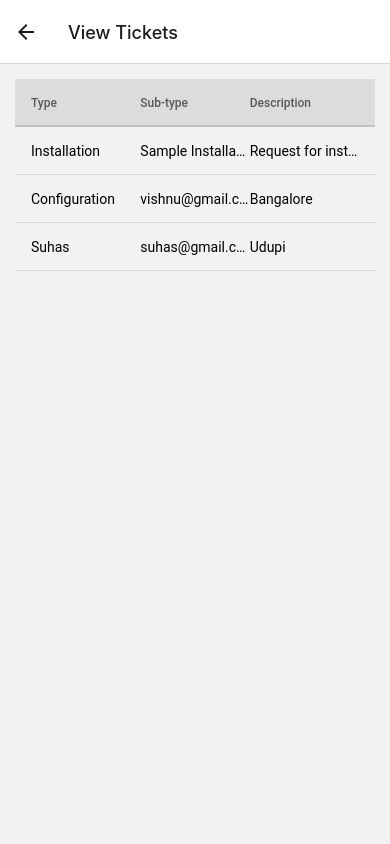
Repository: VishnuJG/Metro-Employee-App
Screen: /View Tickets
An editor plug-in stored every save of this project. The screen is shown before and after the next save, followed by the edit.
The app was drawn by React Native's web renderer in a window 390 px wide. The project was rebuilt for these pictures with package versions that can differ from the ones it lists, and the page was loaded fresh each time. Some packages were replaced by stand-ins written for this rebuild. Also part of the build but not shown: components/Task.js, components/EmployeeForm.js.

Above is the screen before, as saved 2022-06-30 16:03:11.

After the next save:
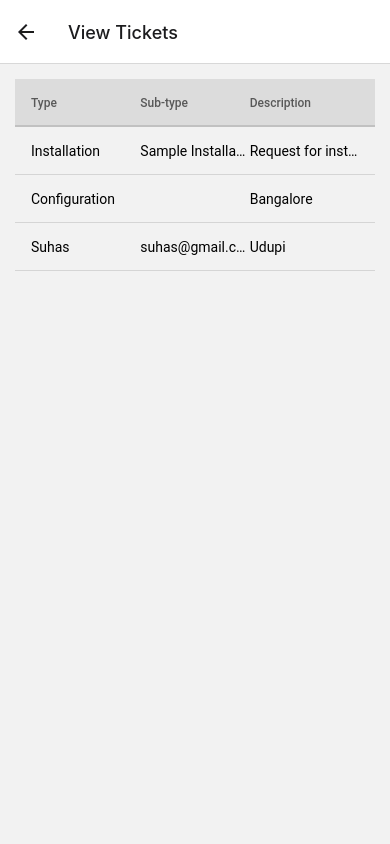
Saved 6 s later.
--- a/components/EmployeeTable.js
+++ b/components/EmployeeTable.js
@@ -10,7 +10,7 @@ const employees = [
     },
     {
         name:'Configuration',
-        email:'vishnu@gmail.com',
+        email:'',
         location:'Bangalore'
     },
     {
